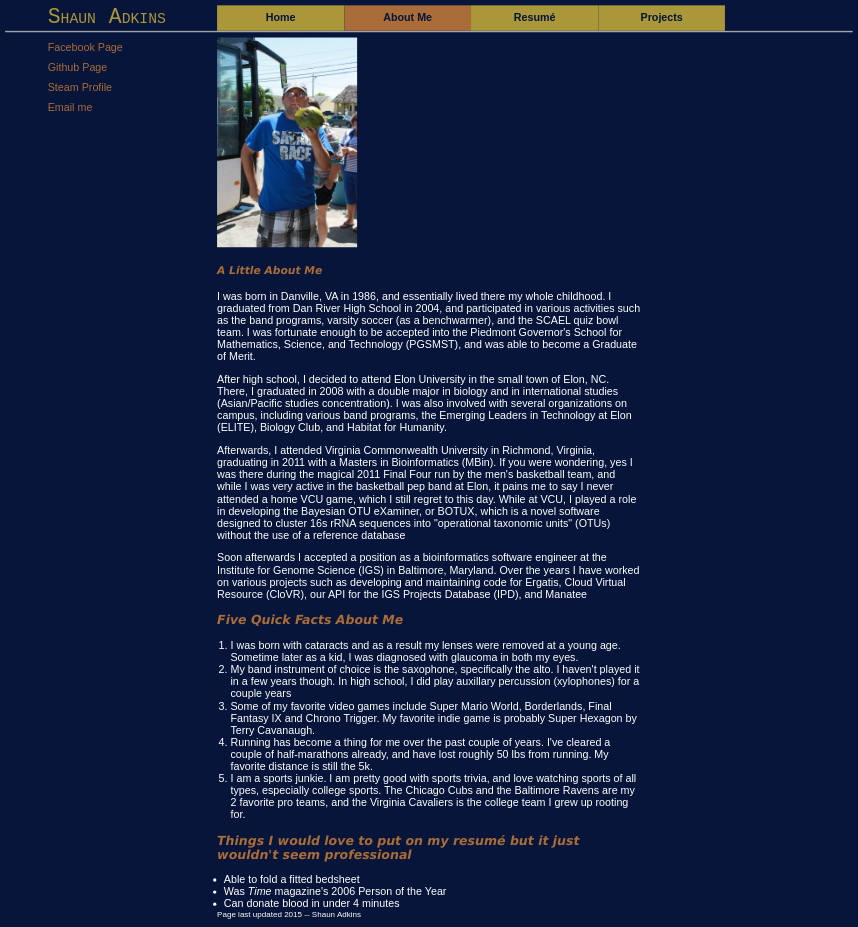
Repository: adkinsrs/sadkins_site
Page: html/about.html
The author's editor kept a record of every edit. The page is drawn from the files as they stood at one moment, then again after the next edit.
The browser window is 1280 px wide. The pictures show the whole page, at 67% of full size.

Above is the page before.

After the next edit:
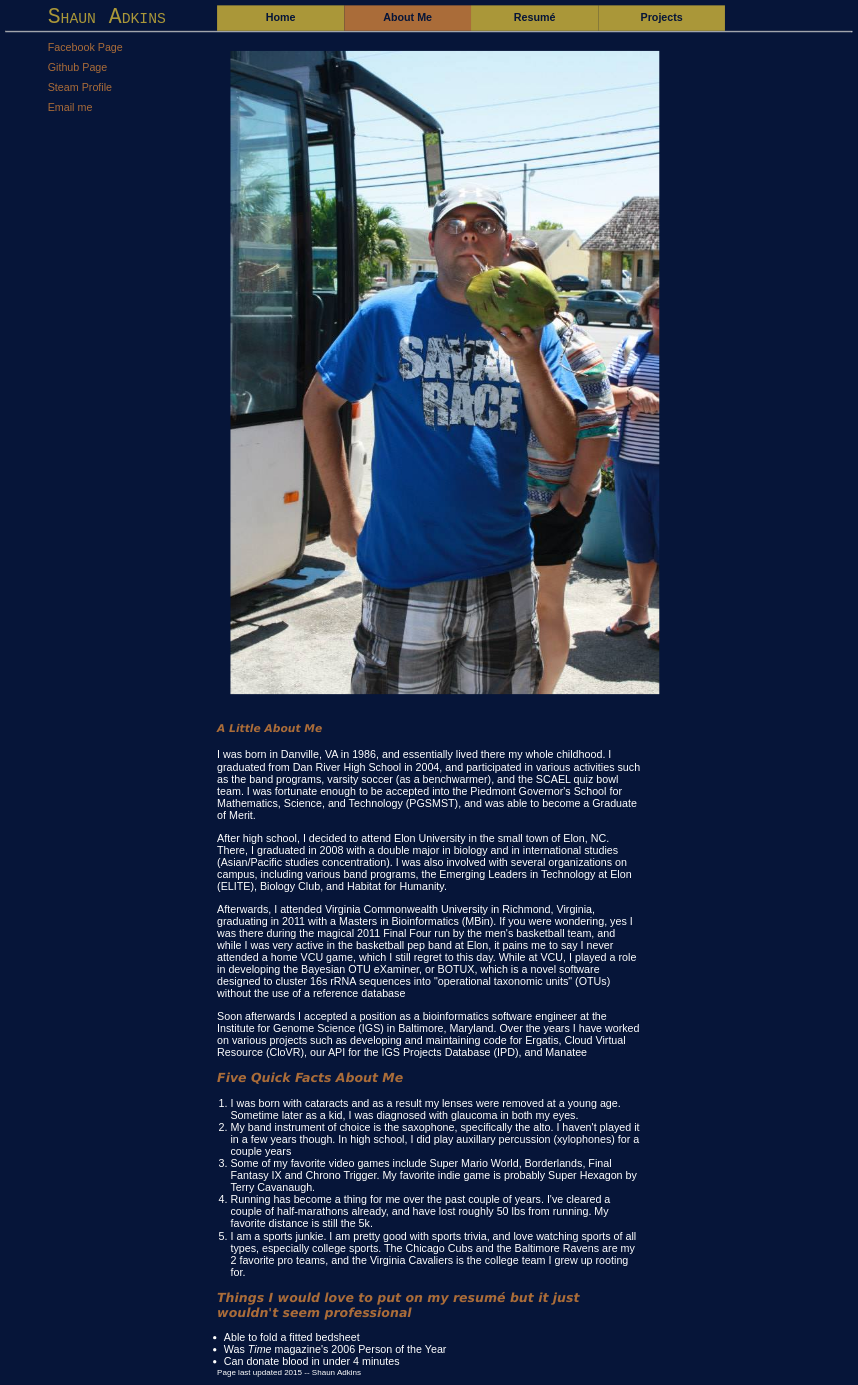
The edit:
--- a/css/main.css
+++ b/css/main.css
@@ -34,7 +34,10 @@
 }
 
 img {
-    width: 33%;
+    margin-left: auto;
+    margin-right: auto;
+    padding: 20px;
+    display: block;
 }
 
 footer {
